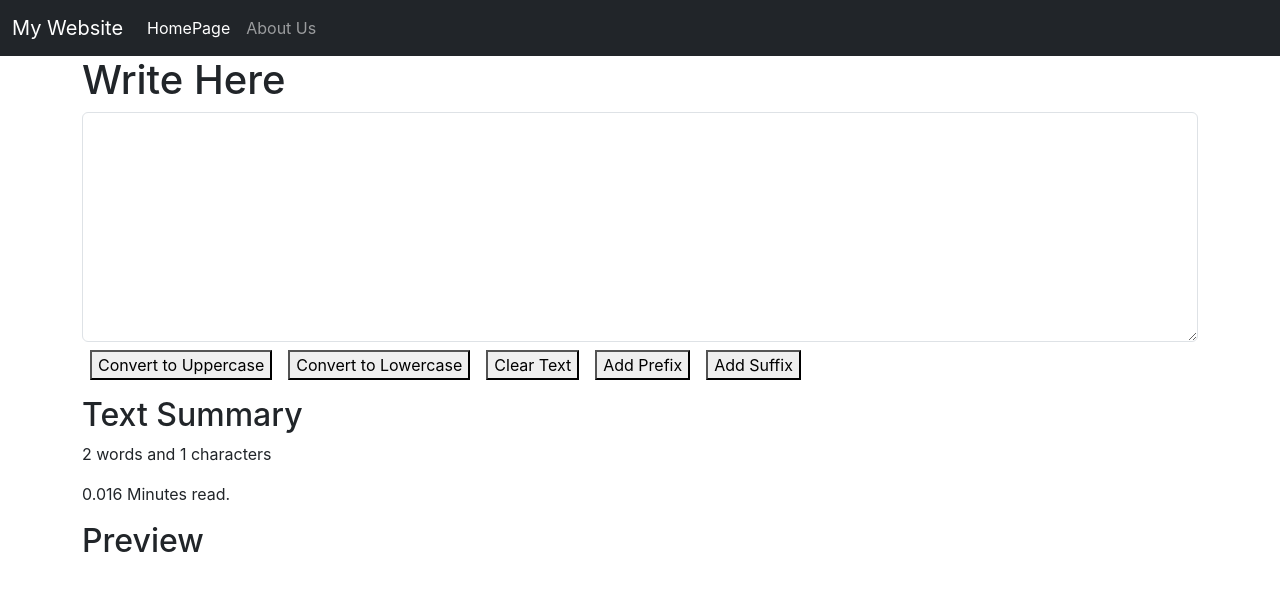
Repository: WajihaGul/Reactjs
Page: /
An editor plug-in stored every save of this project. The page is shown before and after a run of saves, followed by the edit.
The browser window is 1280 px wide. The pictures show the whole page.
The project was rebuilt for these pictures with package versions that can differ from the ones it lists, and the page was loaded fresh each time. A package was used in the major version that the imports need, not the one package.json lists. Also part of the build but not shown: src/Components/Alert.js, src/Components/About.js.

Above is the page before, as saved 2024-02-12 19:52:14.

After the next 4 saves:
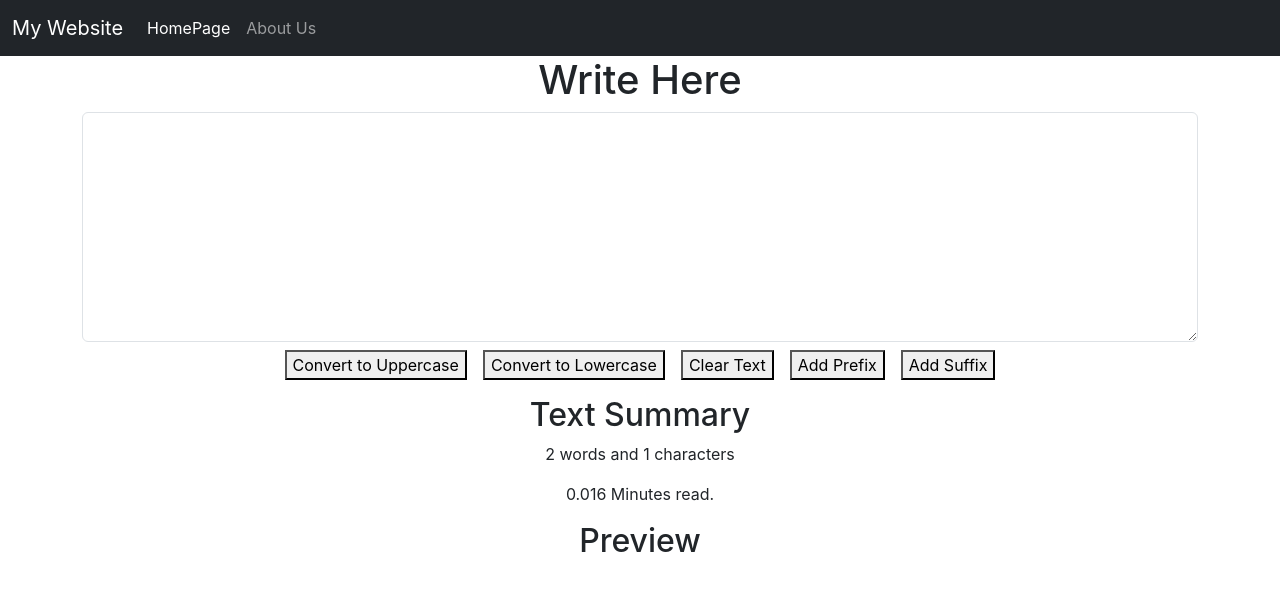
The 4 saves are shown as one change because 3 did not build or start.
The last was saved 30 min 29 s later.
--- a/src/App.js
+++ b/src/App.js
@@ -6,7 +6,7 @@ import About from './Components/About';
 import React, { useState } from 'react';
 import {
   BrowserRouter as Router,
-  Switch,
+  Routes,
   Route,
 } from "react-router-dom";
 
@@ -25,21 +25,17 @@ const showAlert=(message,type)=>{
 
 
 return (
-<>
-<Router>
-<Navbar title="My Website" about="About Us" home="HomePage"   />
-<Alert alert={alert}/>
-        <Switch>
-          <Route exact path="/about">
-            <About />
-          </Route>
-          <Route exact path="/">
-          <TextArea  showAlert={showAlert}/>
-          </Route>
-        </Switch>
-</Router>
-</>
-  );
+  <Router>
+    <div className="App">
+      <Navbar title="My Website" about="About Us" home="HomePage" />
+      <Alert alert={alert} />
+      <Routes>
+        <Route path="/" element={<TextArea showAlert={showAlert} />} />
+        <Route path="/about" element={<About />} />
+      </Routes>
+    </div>
+  </Router>
+);
 }
 
 export default App;
